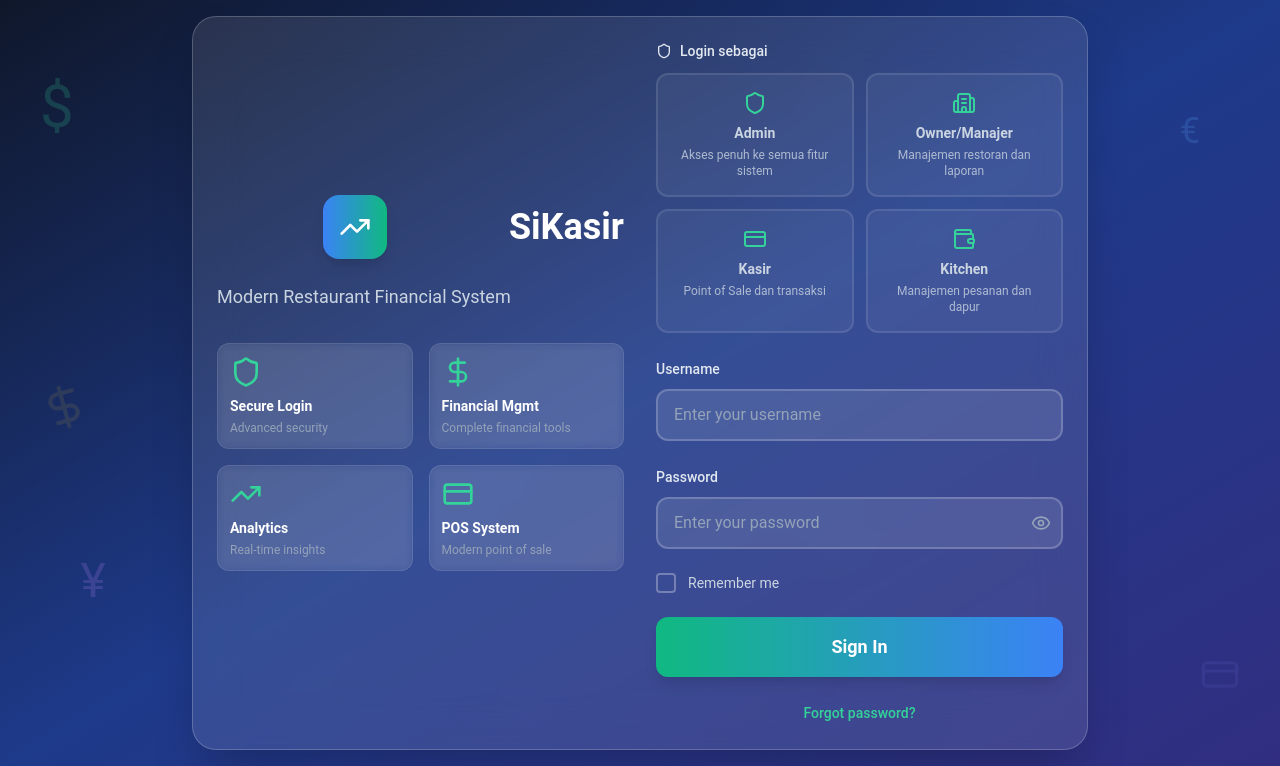
Repository: luthfirf17/SiKasir
Page: / (app in frontend/)
The author's editor kept a copy of each file at every save. The page is drawn from the files as they stood at one save, then again after the next save.
The browser window is 1280 px wide. The pictures show the whole page.
The page's requests for data from a server got no answer. The project was rebuilt for these pictures with package versions that can differ from the ones it lists, and the page was loaded fresh each time. No one was signed in, and anything a server would have sent is missing. Also part of the build but not shown: frontend/src/modules/admin/config/navigationConfig.ts, frontend/src/modules/admin/components/ModernAdminNavigation.tsx, frontend/src/modules/admin/components/AdminNavbar.tsx, frontend/src/modules/admin/layouts/AdminLayout.tsx, frontend/src/modules/admin/pages/DashboardPage.tsx, frontend/src/services/MenuService.ts, frontend/src/utils/menuDataConverter.ts, frontend/src/hooks/useMenuData.ts and 19 more.

Above is the page before, as saved 2025-09-25 17:28:57.

After the next save:
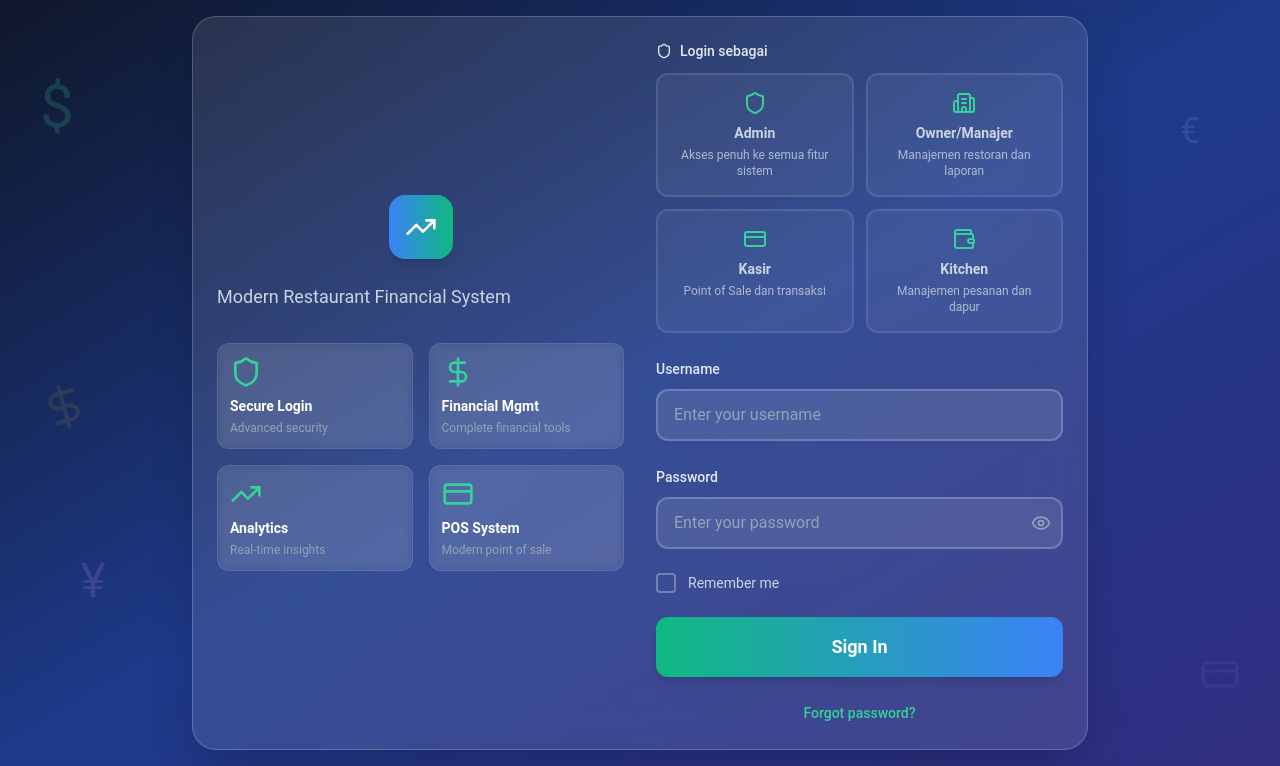
Saved 38 s later.
--- a/frontend/src/pages/LoginPage.tsx
+++ b/frontend/src/pages/LoginPage.tsx
@@ -203,9 +203,6 @@ const LoginPage = () => {
                   <div className="p-4 bg-gradient-to-r from-blue-500 to-emerald-500 rounded-2xl shadow-lg transform hover:scale-110 transition-transform duration-300 mx-auto">
                     <TrendingUp className="h-8 w-8 text-white" />
                   </div>
-                  <h1 className="text-3xl lg:text-4xl font-bold text-white mb-0">
-                    SiKasir
-                  </h1>
                 </div>
                 <p className="text-slate-300 text-lg mb-8">
                   Modern Restaurant Financial System
